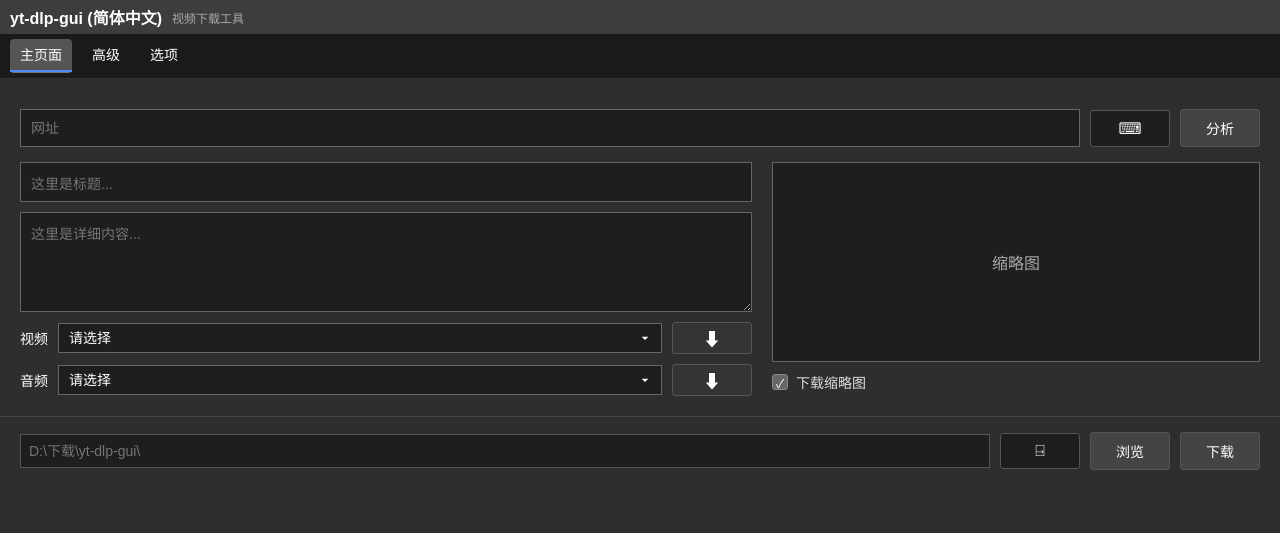
Repository: zArvin6808/yt-TubeSaver
Page: index.html
The author's editor kept a copy of each file at every save. The page is drawn from the files as they stood at one save, then again after the next save.
The browser window is 1280 px wide. The pictures show the whole page.

Above is the page before, as saved 2025-06-07 15:58:36.

### index.html
<!DOCTYPE html>
<html lang="zh-CN">
<head>
  <meta charset="UTF-8" />
  <title>yt-dlp-gui (简体中文)</title>
  <meta name="viewport" content="width=device-width, initial-scale=1.0"/>
  <link rel="stylesheet" href="style.css" />
</head>
<body>

  <!-- 标题栏 -->
  <div class="title-bar">
    <h1>yt-dlp-gui (简体中文)</h1>
    <span>视频下载工具</span>
  </div>

  <!-- 导航栏 -->
  <div class="navbar">
    <a href="#" class="nav-link active" data-page="main">主页面</a>
    <a href="#" class="nav-link" data-page="advanced">高级</a>
    <a href="#" class="nav-link" data-page="settings">选项</a>
  </div>

  <!-- 主页面内容 -->
  <div id="main" class="page active">
    <!-- 网址与按钮 占据整行 -->
    <div class="url-analysis-row">
      <input type="text" id="urlInput" placeholder="网址" />
      <button class="icon-button" id="pasteButton">⌨</button>
      <button id="analyzeButton">分析</button>
    </div>

    <!-- 主内容 -->
    <div class="main">
      <!-- 左侧面板 -->
      <div class="left-panel">
        <textarea class="title-input" id="titleInput" placeholder="这里是标题..." readonly></textarea>
        <textarea class="content-textarea" id="contentTextarea" placeholder="这里是详细内容..."></textarea>

        <!-- 视频行 -->
        <div class="select-group">
          <label for="video-select">视频</label>
          <select id="video-select">
            <option>请选择</option>
            <option value="video1">视频格式1</option>
            <option value="video2">视频格式2</option>
          </select>
          <button class="download-button" id="downloadVideoButton">⬇</button>
        </div>

        <!-- 音频行 -->
        <div class="select-group">
          <label for="audio-select">音频</label>
          <select id="audio-select">
            <option>请选择</option>
            <option value="audio1">音频格式1</option>
            <option value="audio2">音频格式2</option>
          </select>
          <button class="download-button" id="downloadAudioButton">⬇</button>
        </div>
      </div>

      <!-- 右侧面板 -->
      <div class="right-panel">
        <div class="thumbnail" id="thumbnailPreview">缩略图</div>
        <div class="checkbox-group">
          <input type="checkbox" id="download-thumb" checked />
          <label for="download-thumb">下载缩略图</label>
        </div>
      </div>
    </div>

    <!-- 路径栏 -->
    <div class="path-bar">
      <input type="text" id="pathInput" placeholder="D:\下载\yt-dlp-gui\" />
      <button class="icon-button" id="refreshPathButton">⍈</button>
      <button id="selectPathButton">浏览</button>
      <button id="downloadButton">下载</button>
    </div>
  </div>

  <!-- 高级页面 -->
  <div id="advanced" class="page">
    <div class="test-content">
      <h2>高级设置（测试页面）</h2>
      <p>这是高级设置页面的测试内容。该页面将用于配置更详细的下载选项。</p>
      <p>未来这里将包含：</p>
      <ul style="color: #aaa; margin-left: 20px;">
        <li>视频质量设置</li>
        <li>下载速度限制</li>
        <li>字幕选项</li>
        <li>格式选择</li>
      </ul>
    </div>
  </div>

  <!-- 选项页面 -->
  <div id="settings" class="page">
    <div class="test-content">
      <h2>全局设置（测试页面）</h2>
      <p>这是选项设置页面的测试内容。该页面将用于配置软件的全局设置。</p>
      <p>未来这里将包含：</p>
      <ul style="color: #aaa; margin-left: 20px;">
        <li>界面语言设置</li>
        <li>默认下载路径</li>
        <li>代理设置</li>
        <li>主题选择</li>
      </ul>
    </div>
  </div>

  <script src="script.js"></script>
</body>
</html>

### style.css
    * {
      box-sizing: border-box;
      margin: 0;
      padding: 0;
      font-family: "Microsoft YaHei", sans-serif;
    }

    body {
      background-color: #2e2e2e;
      color: #ffffff;
      display: flex;
      flex-direction: column;
      min-height: 100vh;
    }

    /* 标题栏 */
    .title-bar {
      background-color: #3d3d3d;
      display: flex;
      align-items: center;
      padding: 5px 10px;
      gap: 10px;
    }

    .title-bar h1 {
      font-size: 16px;
      margin: 0;
    }

    .title-bar span {
      font-size: 12px;
      color: #aaa;
    }

    /* 导航栏 */
    .navbar {
      background-color: #3d3d3d;
      display: flex;
      padding: 5px 10px;
      gap: 10px;
    }

    .navbar a {
      color: white;
      text-decoration: none;
      line-height: 24px;
      font-size: 14px;
      cursor: pointer;
      padding: 4px 10px;
      border-radius: 4px;
    }

    .navbar a:hover {
      background-color: #4a4a4a;
    }

    .navbar a.active {
      background-color: #555;
      font-weight: 500;
      border-bottom: 2px solid #777;
    }

    /* 页面切换相关样式 */
    .page {
      display: none;
      flex-direction: column;
      flex-grow: 1;
    }

    .page.active {
      display: flex;
    }

    /* 网址与按钮容器：占满整行 */
    .url-analysis-row {
      display: flex;
      align-items: center;
      padding: 15px 20px;
      gap: 10px;
      width: 100%;
      box-sizing: border-box;
    }

    .url-analysis-row input[type="text"] {
      background-color: #1e1e1e;
      color: #ffffff;
      border: 1px solid #666;
      padding: 10px;
      font-size: 14px;
      flex-grow: 1;
      transition: border-color 0.2s ease;
    }

    .url-analysis-row input[type="text"]:focus {
      outline: none;
      border-color: #888;
      box-shadow: 0 0 0 2px rgba(150, 150, 150, 0.2);
    }

    /* 主内容容器 */
    .main {
      display: flex;
      flex-direction: row;
      padding: 0 20px 20px 20px;
      gap: 20px;
      flex-grow: 1;
    }

    /* 左侧区域 */
    .left-panel {
      display: flex;
      flex-direction: column;
      width: 60%;
      gap: 10px;
    }

    .title-input {
      background-color: #1e1e1e;
      color: #ffffff;
      border: 1px solid #666;
      padding: 10px;
      font-size: 14px;
      height: 40px;
      resize: none;
      transition: border-color 0.2s ease;
    }

    .title-input:focus {
      outline: none;
      border-color: #888;
      box-shadow: 0 0 0 2px rgba(150, 150, 150, 0.2);
    }

    .content-textarea {
      background-color: #1e1e1e;
      color: #ffffff;
      border: 1px solid #666;
      padding: 10px;
      font-size: 14px;
      resize: vertical;
      height: 100px;
      flex-grow: 1;
      transition: border-color 0.2s ease;
    }

    .content-textarea:focus {
      outline: none;
      border-color: #888;
      box-shadow: 0 0 0 2px rgba(150, 150, 150, 0.2);
    }

    /* 视频/音频选择器 - 每组一行 */
    .select-group {
      display: flex;
      align-items: center;
      gap: 10px;
    }

    select {
      background-color: #1e1e1e;
      color: #ffffff;
      border: 1px solid #666;
      padding: 6px 10px;
      font-size: 14px;
      flex-grow: 1;
      transition: border-color 0.2s ease;
      appearance: none;
      background-image: url("data:[embedded picture, 150 characters]");
      background-repeat: no-repeat;
      background-position: right 8px center;
      background-size: 16px;
    }

    select:focus {
      outline: none;
      border-color: #888;
      box-shadow: 0 0 0 2px rgba(150, 150, 150, 0.2);
    }

    label {
      font-size: 14px;
      text-align: right;
      flex-shrink: 0;
    }

    /* 基础按钮样式 */
    button {
      background-color: #444;
      color: white;
      border: 1px solid #555;
      padding: 8px 12px;
      cursor: pointer;
      font-size: 14px;
      transition: all 0.2s ease;
      border-radius: 3px;
      min-width: 80px;
    }

    button:hover {
      background-color: #555;
      border-color: #666;
    }

    button:active {
      background-color: #3a3a3a;
    }

    button.primary {
      background-color: #666;
      border-color: #777;
    }

    button.primary:hover {
      background-color: #777;
    }

    button.primary:active {
      background-color: #5a5a5a;
    }

    /* 图标按钮样式 */
    .icon-button {
      background-color: #1e1e1e;
      color: #ffffff;
      border: 1px solid #555;
      cursor: pointer;
      font-size: 16px;
      transition: all 0.2s ease;
      display: flex;
      justify-content: center;
      align-items: center;
      border-radius: 3px;
    }

    .icon-button:hover {
      border-color: #666;
      background-color: #252525;
    }

    .icon-button:active {
      background-color: #1a1a1a;
    }

    /* 下载图标按钮样式 */
    .download-button {
      width: 32px;
      height: 32px;
      display: flex;
      justify-content: center;
      align-items: center;
      font-size: 18px;
      padding: 0;
      background-color: #343434;
      border: 1px solid #555;
      border-radius: 3px;
    }
    .download-button:hover {
      background-color: #555;
    }
    .download-button:active {
      background-color: #2e2e2e;
    }

    /* 右侧面板：缩略图和下载缩略图选项 */
    .right-panel {
      display: flex;
      flex-direction: column;
      width: 40%;
      gap: 10px;
    }

    .thumbnail {
      width: 100%;
      height: 200px;
      background-color: #1e1e1e;
      display: flex;
      justify-content: center;
      align-items: center;
      color: #aaa;
      font-size: 16px;
      border: 1px solid #666;
      transition: all 0.2s ease;
    }

    .thumbnail.loading {
      background-color: #252525;
      border-color: #888;
    }

    .thumbnail img {
      max-width: 100%;
      max-height: 100%;
      object-fit: contain;
    }

    .checkbox-group {
      display: flex;
      align-items: center;
      gap: 8px;
    }

    .checkbox-group input[type="checkbox"] {
      appearance: none;
      width: 16px;
      height: 16px;
      border: 1px solid #666;
      background-color: #1e1e1e;
      border-radius: 3px;
      cursor: pointer;
      position: relative;
      transition: all 0.2s ease;
    }

    .checkbox-group input[type="checkbox"]:checked {
      background-color: #666;
      border-color: #888;
    }

    .checkbox-group input[type="checkbox"]:checked::after {
      content: "✓";
      position: absolute;
      color: white;
      font-size: 12px;
      top: 50%;
      left: 50%;
      transform: translate(-50%, -50%);
    }

    .checkbox-group input[type="checkbox"]:focus {
      outline: none;
      box-shadow: 0 0 0 2px rgba(150, 150, 150, 0.2);
    }

    .checkbox-group label {
      font-size: 14px;
      color: #ddd;
      cursor: pointer;
    }

    /* 路径栏 */
    .path-bar {
      display: flex;
      align-items: center;
      gap: 10px;
      padding: 15px 20px;
      background-color: #2e2e2e;
      border-top: 1px solid #444;
    }

    .path-bar input {
      flex-grow: 1;
      padding: 8px;
      background-color: #1e1e1e;
      color: #fff;
      border: 1px solid #555;
      font-size: 14px;
    }

    /* 测试页面样式 */
    .test-content {
      padding: 20px;
      display: flex;
      flex-direction: column;
      gap: 20px;
    }

    .test-content h2 {
      color: #fff;
      font-size: 18px;
      margin-bottom: 10px;
    }

    .test-content p {
      color: #aaa;
      font-size: 14px;
      line-height: 1.6;
    }

    /* 导航栏 */
    .navbar {
      display: flex;
      border-bottom: 1px solid #333;
      margin-bottom: 15px;
      background-color: #1a1a1a;
    }

    .nav-link {
      padding: 12px 20px;
      color: #aaa;
      text-decoration: none;
      transition: all 0.2s ease;
      font-size: 14px;
      position: relative;
    }

    .nav-link:hover {
      color: #fff;
      background-color: #252525;
    }

    .nav-link.active {
      color: #fff;
      background-color: #252525;
    }

    .nav-link.active::after {
      content: '';
      position: absolute;
      bottom: -1px;
      left: 0;
      right: 0;
      height: 2px;
      background-color: #4a8cff;
    }

    /* 页面切换 */
    .page {
      display: none;
      animation: fadeIn 0.3s ease-out;
    }

    .page.active {
      display: block;
    }

    @keyframes fadeIn {
      from { opacity: 0; transform: translateY(10px); }
      to { opacity: 1; transform: translateY(0); }
    }

    /* 按钮状态 */
    button {
      transition: all 0.2s ease;
      position: relative;
    }

    button:hover {
      filter: brightness(1.1);
    }

    button:active {
      transform: translateY(1px);
    }

    button[disabled] {
      opacity: 0.7;
      cursor: not-allowed;
      transform: none !important;
    }

    /* 加载动画 */
    .spinner {
      display: inline-block;
      width: 14px;
      height: 14px;
      border: 2px solid rgba(255,255,255,0.3);
      border-radius: 50%;
      border-top-color: #fff;
      animation: spin 1s ease-in-out infinite;
      margin-right: 8px;
      vertical-align: middle;
    }

    @keyframes spin {
      to { transform: rotate(360deg); }
    }

    /* 提示消息 */
    .toast {
      position: fixed;
      bottom: 20px;
      left: 50%;
      transform: translateX(-50%);
      padding: 12px 24px;
      border-radius: 4px;
      color: white;
      font-size: 14px;
      z-index: 1000;
      box-shadow: 0 4px 12px rgba(0,0,0,0.15);
      opacity: 0;
      animation: toastIn 0.3s ease-out forwards;
    }

    .toast.toast-success {
      background-color: #28a745;
    }

    .toast.toast-error {
      background-color: #dc3545;
    }

    .toast.toast-info {
      background-color: #17a2b8;
    }

    .toast.fade-out {
      animation: toastOut 0.3s ease-in forwards;
    }

    @keyframes toastIn {
      from { opacity: 0; transform: translateX(-50%) translateY(20px); }
      to { opacity: 1; transform: translateX(-50%) translateY(0); }
    }

    @keyframes toastOut {
      from { opacity: 1; transform: translateX(-50%) translateY(0); }
      to { opacity: 0; transform: translateX(-50%) translateY(-20px); }
    }

    /* 响应式布局 */
    @media (max-width: 768px) {
      .navbar {
        flex-direction: column;
      }

      .nav-link {
        padding: 10px;
        text-align: center;
      }

      .input-group {
        flex-direction: column;
      }

      button {
        width: 100%;
        margin-top: 8px;
      }

      .toast {
        width: 90%;
        text-align: center;
      }
    }
    .toast {
      position: fixed;
      bottom: 20px;
      left: 50%;
      transform: translateX(-50%);
      padding: 12px 24px;
      border-radius: 4px;
      color: white;
      z-index: 1000;
      animation: slideIn 0.3s ease-out;
    }

    .toast-info {
      background-color: #444;
    }

    .toast-success {
      background-color: #2d7d46;
    }

    .toast-error {
      background-color: #c42b1c;
    }

    .toast.fade-out {
      animation: fadeOut 0.3s ease-in;
      opacity: 0;
    }

    @keyframes slideIn {
      from {
        transform: translateX(-50%) translateY(20px);
        opacity: 0;
      }
      to {
        transform: translateX(-50%) translateY(0);
        opacity: 1;
      }
    }

    @keyframes fadeOut {
      from {
        opacity: 1;
      }
      to {
        opacity: 0;
      }
    }

    /* 输入验证 */
    input:invalid {
      border-color: #c42b1c !important;
    }

    /* 缩略图显示优化 */
    .thumbnail {
      background-size: cover;
      background-position: center;
      transition: background-image 0.3s ease;
    }

    /* 滚动条样式 */
    ::-webkit-scrollbar {
      width: 10px;
      height: 10px;
    }
    ::-webkit-scrollbar-track {
      background: #1e1e1e;
      border-radius: 5px;
    }
    ::-webkit-scrollbar-thumb {
      background: #666;
      border-radius: 5px;
      border: 2px solid #1e1e1e;
      transition: background 0.2s ease;
    }
    ::-webkit-scrollbar-thumb:hover {
      background: #777;
    }
    ::-webkit-scrollbar-corner {
      background: #1e1e1e;
    }

Loaded but not shown: script.js (344 lines, source omitted)

After the next save:
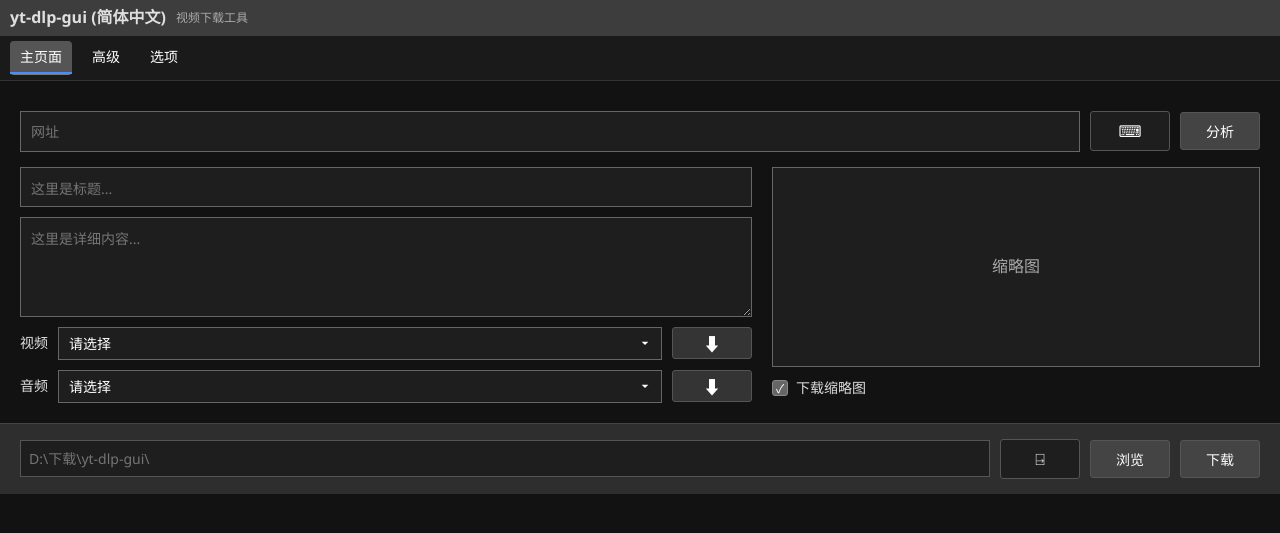
Saved 7 min 58 s later.
--- a/style.css
+++ b/style.css
@@ -2,15 +2,16 @@
       box-sizing: border-box;
       margin: 0;
       padding: 0;
-      font-family: "Microsoft YaHei", sans-serif;
+      font-family: "Segoe UI", "Microsoft YaHei", sans-serif;
     }
 
     body {
-      background-color: #2e2e2e;
-      color: #ffffff;
+      background-color: #121212;
+      color: #e0e0e0;
       display: flex;
       flex-direction: column;
       min-height: 100vh;
+      line-height: 1.6;
     }
 
     /* 标题栏 */
